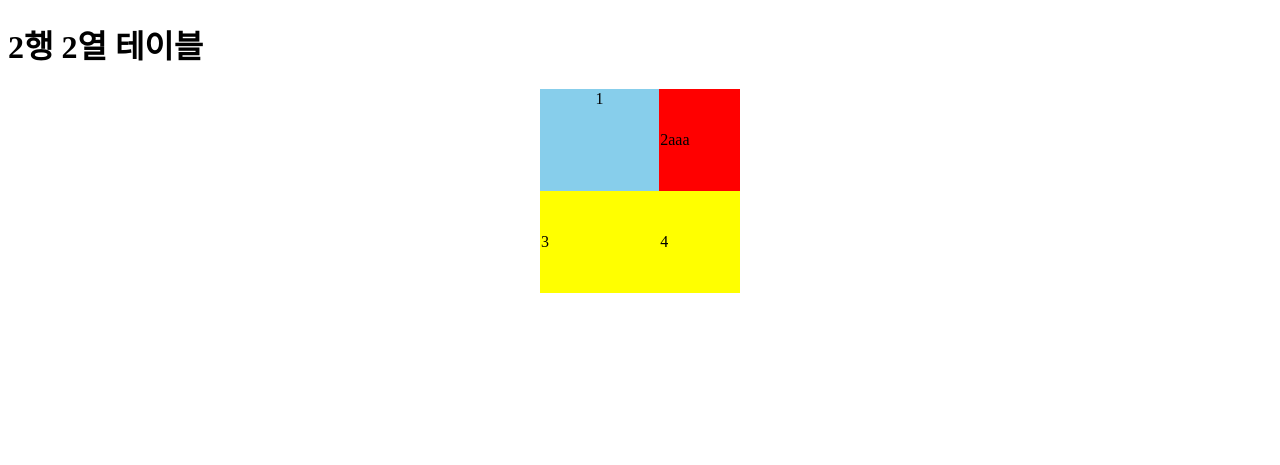
Repository: ssj5037/Class-Study
Page: [5] HTML, CSS, JavaScript/ClientTest/WebContent/Ex14_table.html
An editor plug-in stored every save of this project. The page is shown before and after the next save, followed by the edit.
The browser window is 1280 px wide. The pictures show the whole page.

Above is the page before, as saved 2020-06-19 07:27:41.

After the next save:
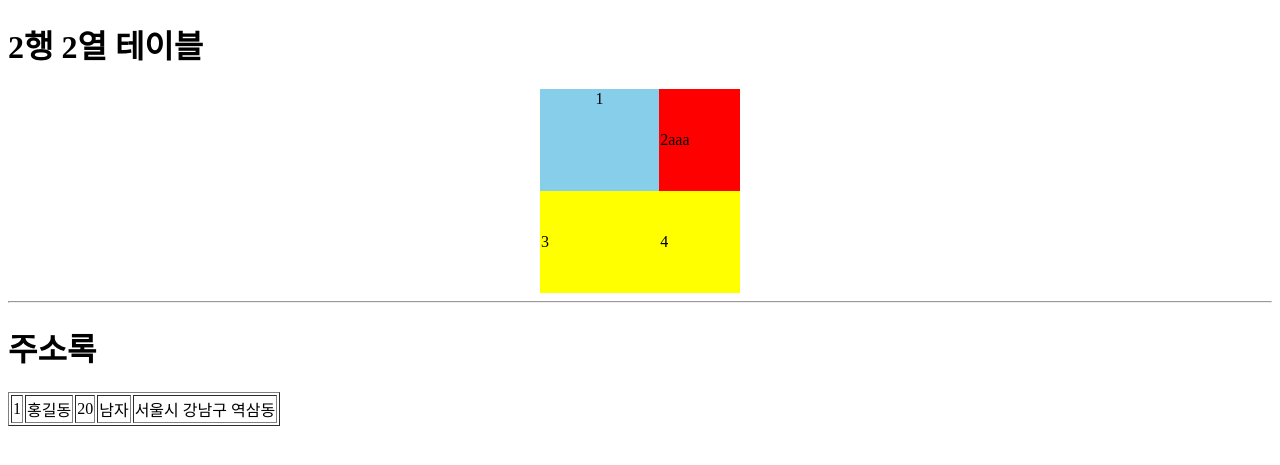
Saved 71 s later.
--- a/[5] HTML, CSS, JavaScript/ClientTest/WebContent/Ex14_table.html
+++ b/[5] HTML, CSS, JavaScript/ClientTest/WebContent/Ex14_table.html
@@ -39,5 +39,20 @@
 	 	</tr>
 	 </table>
 
+	 <hr>
+
+	 <h1>주소록</h1>
+
+	 <table border="1">
+	 	<tr>
+	 		<td>1</td>
+	 		<td>홍길동</td>
+	 		<td>20</td>
+	 		<td>남자</td>
+	 		<td>서울시 강남구 역삼동</td>
+	 	</tr>
+	 </table>
+
+
 </body>
 </html>
